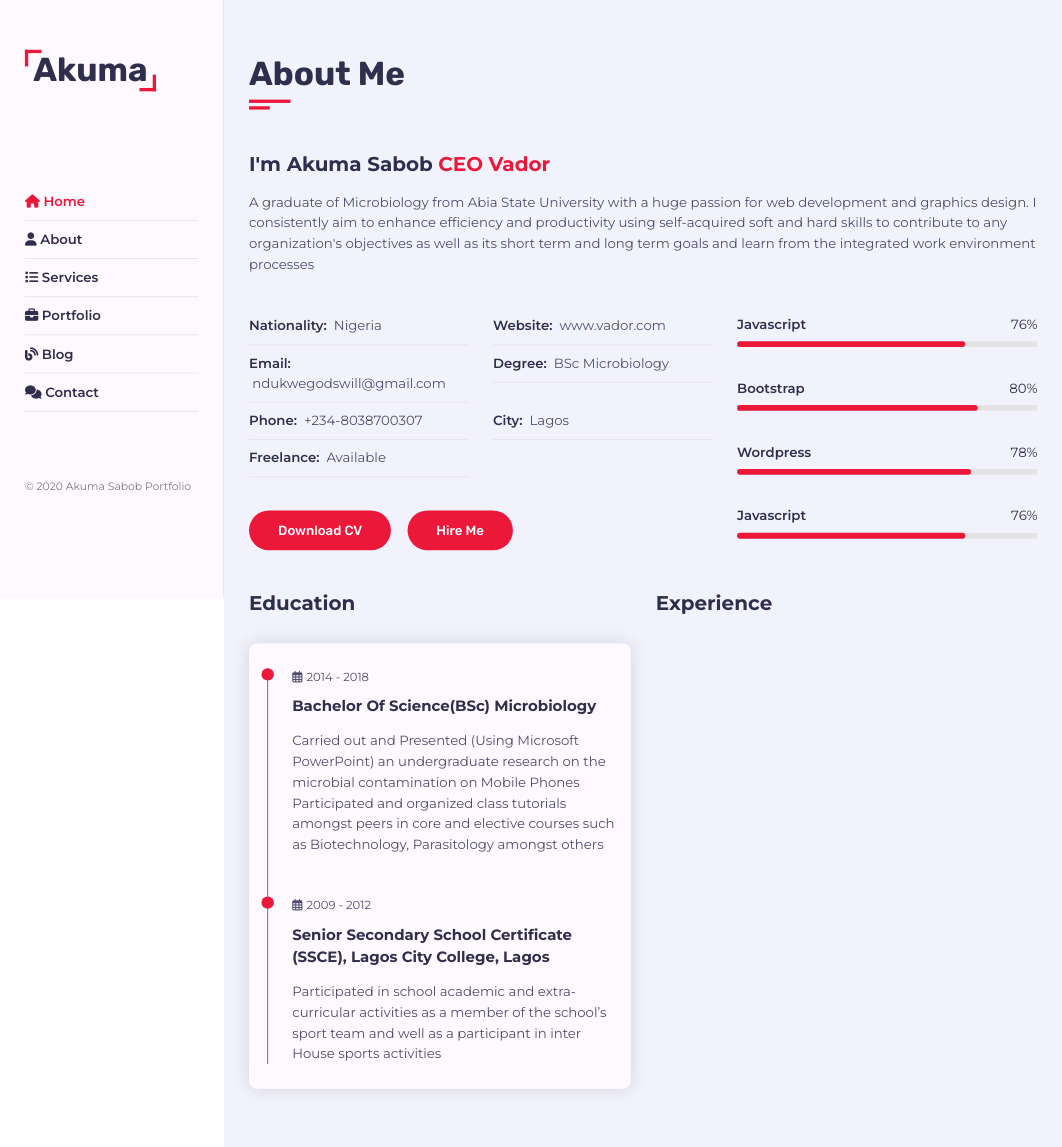
Repository: Akuma001/MY-Portfolio
Page: index.html
The author's editor kept a copy of each file at every save. The page is drawn from the files as they stood at one save, then again after the next save.
The browser window is 1280 px wide. The pictures show the whole page, at 83% of full size.
Some web libraries are served in a nearby version.

Above is the page before, as saved 2020-12-13 23:45:24.

After the next save:
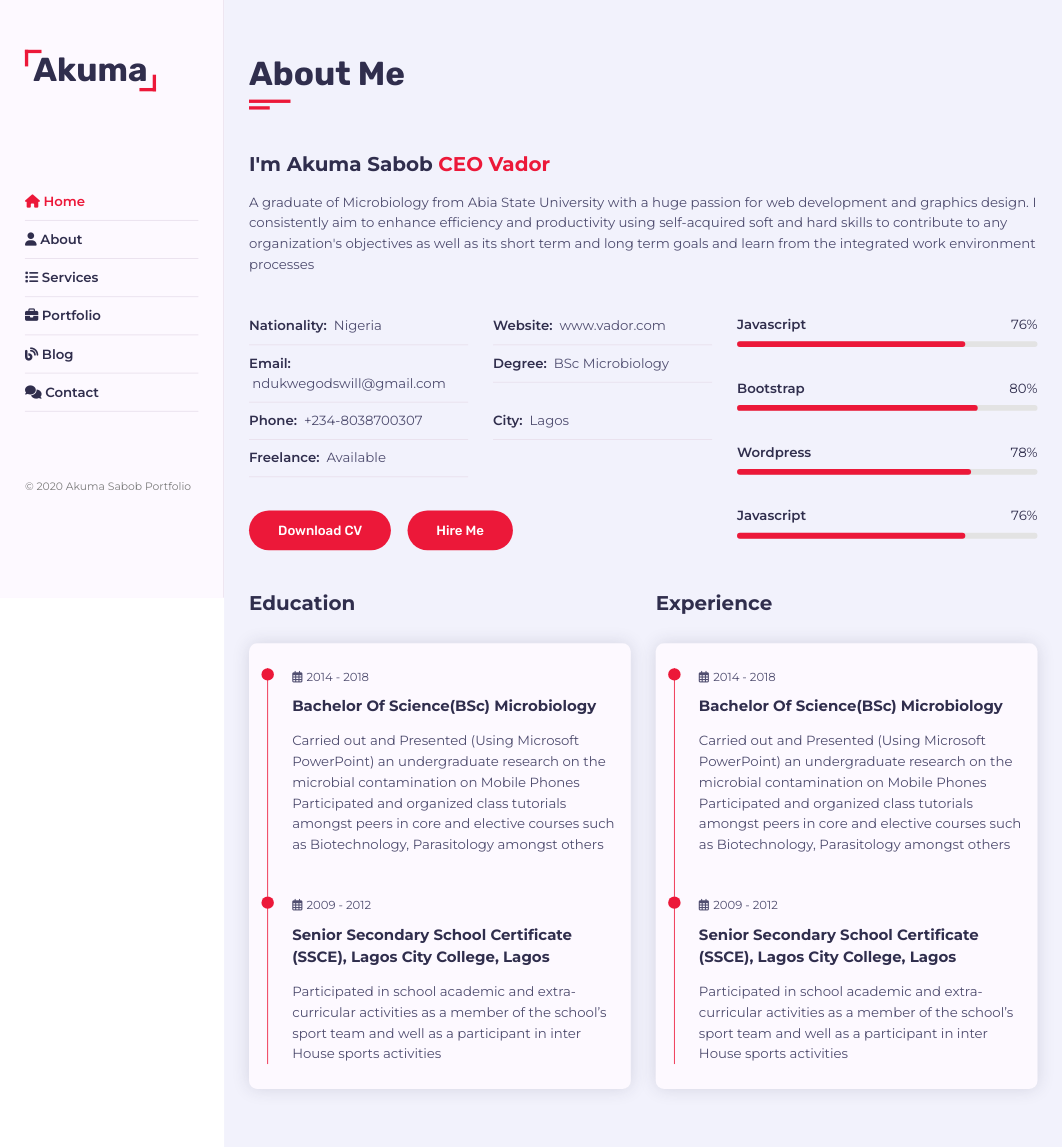
Saved 110 s later.
--- a/index.html
+++ b/index.html
@@ -189,6 +189,39 @@
                 </div>
                 <div class="experience padd-15">
                     <h3 class="title">Experience</h3>
+                    <div class="row">
+                      <div class="timeline-box padd-15">
+                      <div class="timeline shadow-dark">
+                        <!-----------Timeline item------------->
+                        <div class="timeline-item">
+                          <div class="circle-dot"></div>
+                            <h6 class="timeline-date">
+                              <i class="far fa-calendar-alt"></i>2014 - 2018
+                            </h6>
+                            <h4 class="timeline-title">Bachelor of Science(BSc) Microbiology</h4>
+                            <p class="timeline-text">
+                              Carried out and Presented (Using Microsoft PowerPoint) an undergraduate research on
+                              the microbial contamination on Mobile Phones <br>Participated and organized class tutorials
+                              amongst peers in core and elective courses such as Biotechnology, Parasitology amongst others
+                            </p>
+                          </div>
+                           <!-----------Timeline item End------------->
+                           <!-----------Timeline item------------->
+                        <div class="timeline-item">
+                          <div class="circle-dot"></div>
+                            <h6 class="timeline-date">
+                              <i class="far fa-calendar-alt"></i>2009 - 2012
+                            </h6>
+                            <h4 class="timeline-title">Senior Secondary School Certificate (SSCE), Lagos City College, Lagos</h4>
+                            <p class="timeline-text">
+                              Participated in school academic and extra-curricular activities as a member of the school’s
+                              sport team and well as a participant in inter House sports activities
+                            </p>
+                          </div>
+                           <!-----------Timeline item End------------->
+                        </div>
+                      </div>
+                    </div>
                 </div>
               </div>
 
